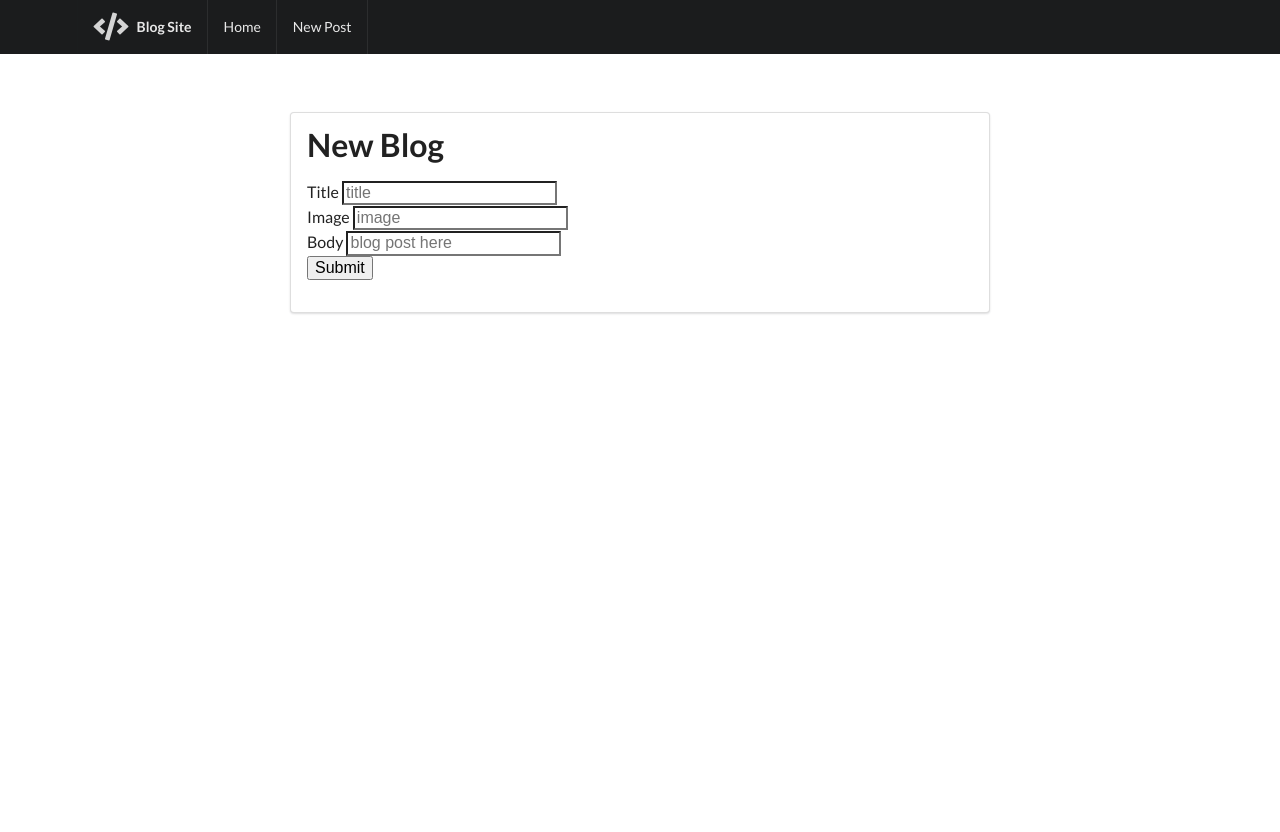
Repository: HuakunShen/LearnWeb
Page: http://localhost/blogs/new
The author's editor kept a record of every edit. The page is drawn from the files as they stood at one moment, then again after the next edit.
The browser window is 1280 px wide. The pictures show the whole page.
The page is served by the project's Node server (BlogApp/app.js).

Above is the page before.

After the next edit:
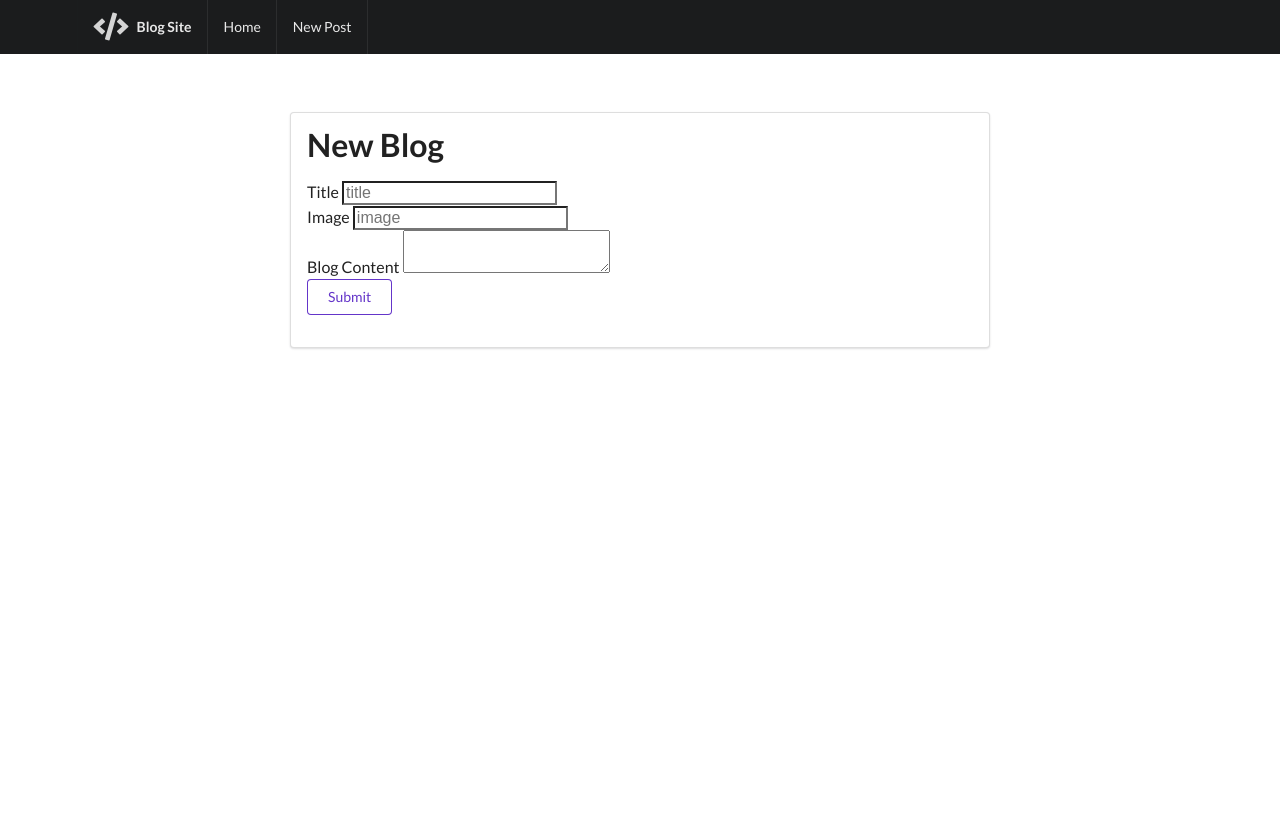
The edit:
--- a/workspace/BlogApp/views/new.ejs
+++ b/workspace/BlogApp/views/new.ejs
@@ -11,12 +11,11 @@
             <input type="text" name="blog[image]" placeholder="image">
         </div>
         <div class="field">
-            <label>Body</label>
-            <input type="text" name="blog[body]" placeholder="blog post here">
+            <label>Blog Content</label>
+            <textarea name="blog[body]"></textarea>
+            <!--<input type="text" name="blog[body]" placeholder="blog post here">-->
         </div>
-
-
-        <input type="submit">
+        <input class="ui violet basic button" type="submit">
     </form>
 </div>
 
